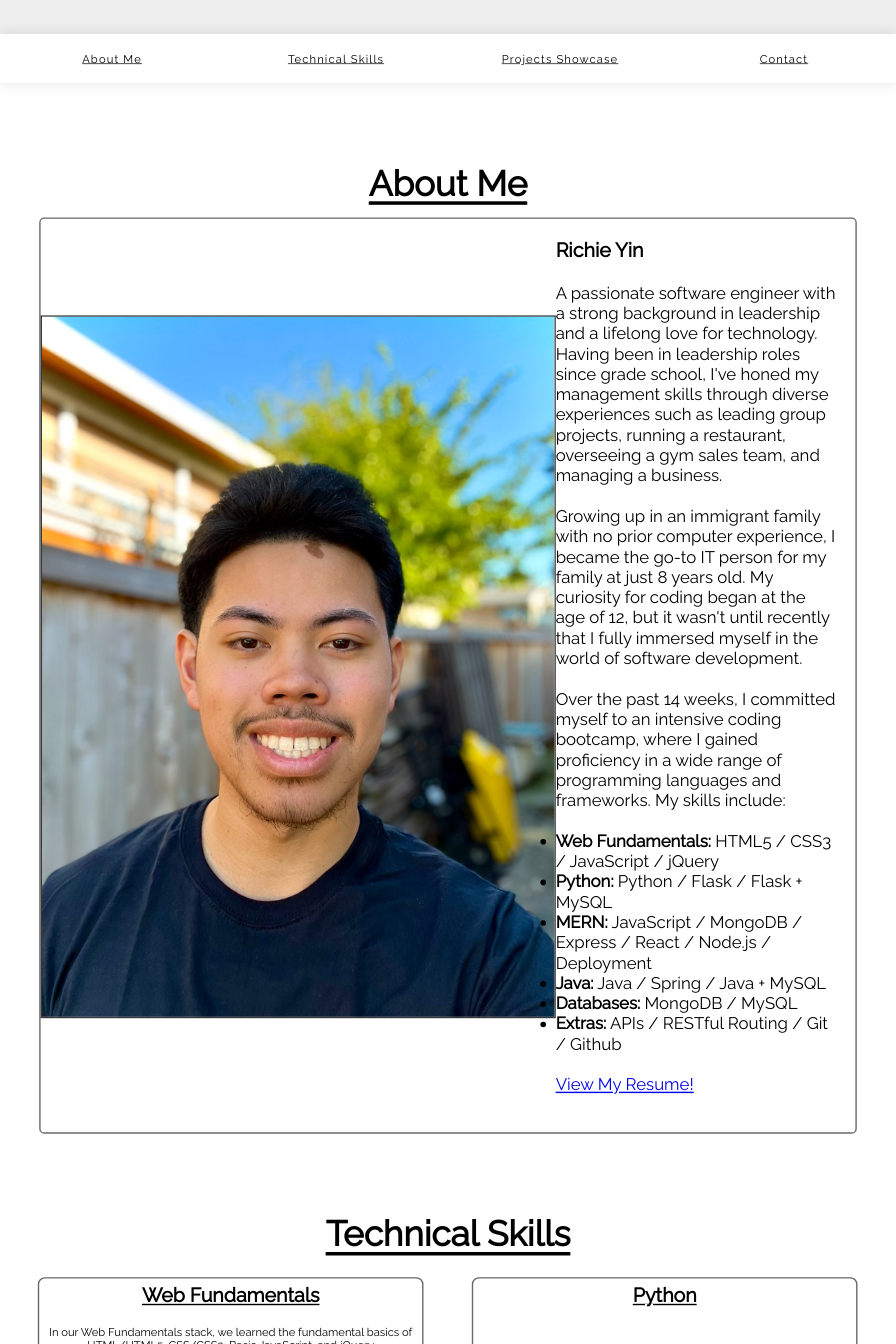
Repository: RICHIE-YIN/Personal-Portfolio
Page: index.html
An editor plug-in stored every save of this project. The page is shown before and after the next save, followed by the edit.
The browser window is 1280 px wide. The pictures show the part of the page from y = 601 to 2521 px (the page is 3982 px tall), at 70% of full size.
Some web fonts or font styles are not loaded; a fallback is used.

Above is the page before, as saved 2023-06-12 17:40:45.
Console error: ReferenceError: $ is not defined

After the next save:
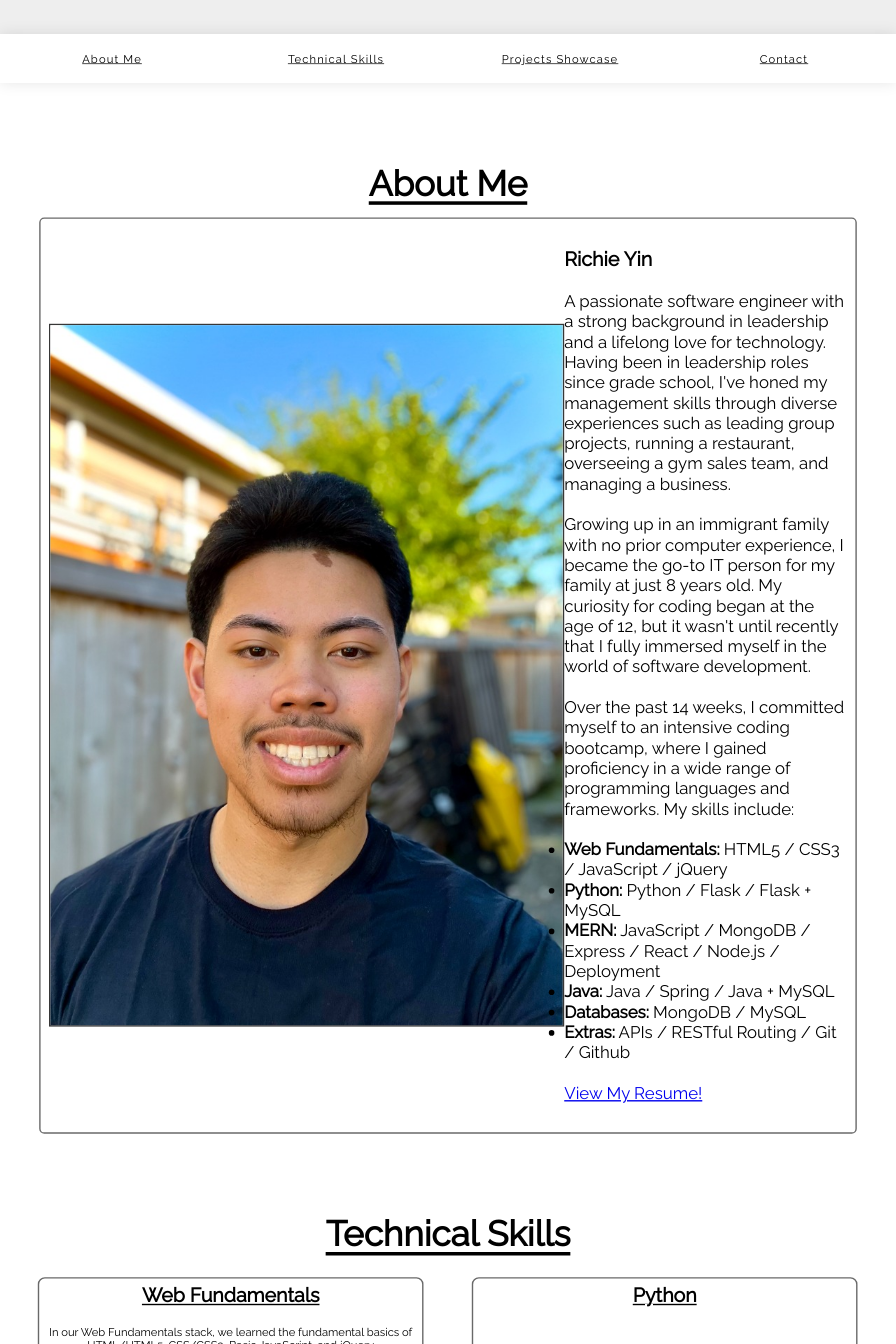
Saved 10 s later.
--- a/styles.css
+++ b/styles.css
@@ -133,7 +133,7 @@ display: none;
     font-size:150%;
     border-radius: .3em;
     box-sizing: border-box;
-    padding: 0 2% 2% 0;
+    padding: 1%;
 }
 
 .profile-content img {
